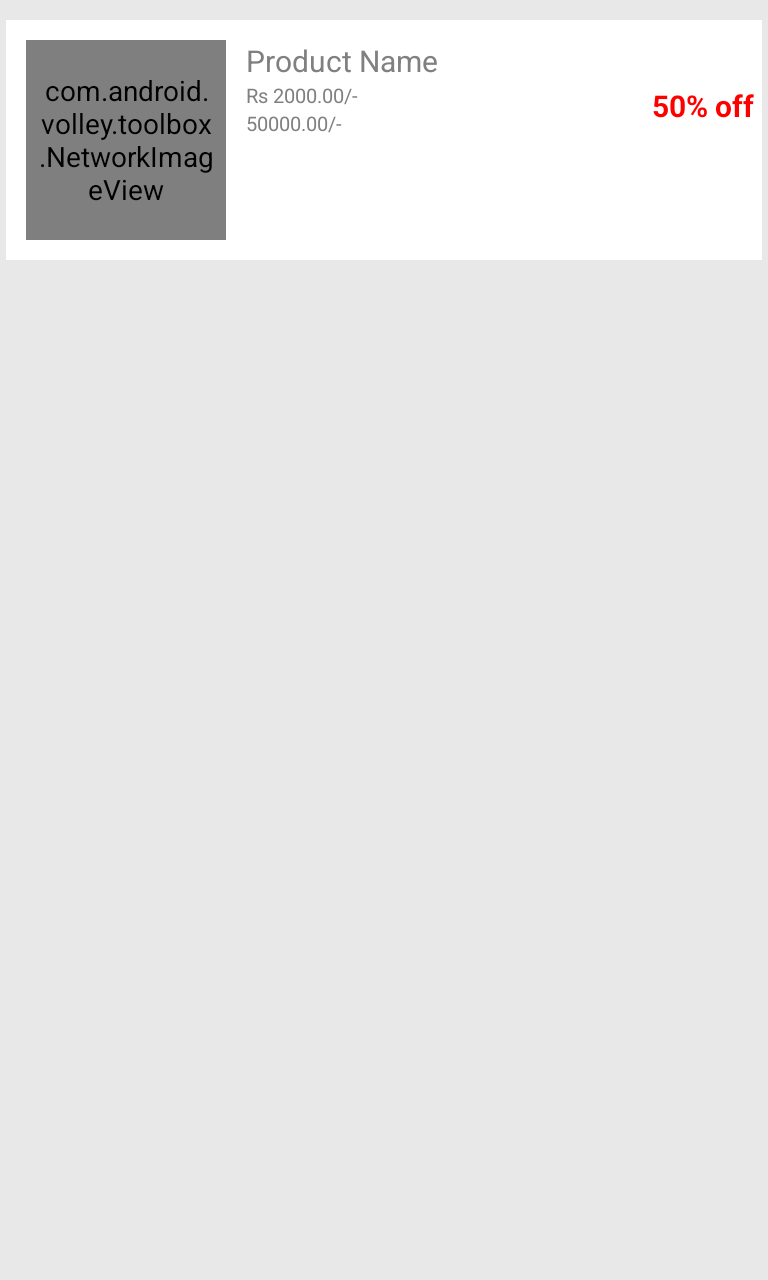
Repository: thisisdemo333/BigDiscount
Layout: BigDiscounts/res/layout/view_lv_search_list.xml
The author's editor kept a copy of each file at every save. The layout is drawn from the files as they stood at one save, then again after the next save.
Pictures or frames that could not be fetched are drawn as grey boxes. It is drawn on a 768 x 1280 px phone screen (xhdpi) without system bars, with theme AppTheme; the app's code is not run.

Above is the layout before, as saved 2015-05-10 16:16:23.

### BigDiscounts/res/layout/view_lv_search_list.xml
<?xml version="1.0" encoding="utf-8"?>
<LinearLayout xmlns:android="http://schemas.android.com/apk/res/android"
    android:layout_width="match_parent"
    android:layout_height="wrap_content"
    android:background="@color/gray_light"
    android:orientation="vertical" >

    <RelativeLayout
        android:id="@+id/relativeLayout"
        android:layout_width="match_parent"
        android:layout_height="wrap_content"
        android:layout_centerVertical="true"

        android:layout_marginBottom="@dimen/margin_3dp"
        android:layout_marginLeft="@dimen/margin_3dp"
        android:layout_marginRight="@dimen/margin_3dp"
        android:layout_marginTop="@dimen/margin_10dp"
        android:background="@color/white" >

        <RelativeLayout
            android:id="@+id/image_loader"
            android:layout_width="wrap_content"
            android:layout_height="wrap_content" >

            <ProgressBar
                android:layout_width="wrap_content"
                android:layout_height="wrap_content"
                android:layout_centerInParent="true" />

            <com.android.volley.toolbox.NetworkImageView
                android:id="@+id/iv_product_image"
                android:layout_width="@dimen/dimen_search_item_image"
                android:layout_height="@dimen/dimen_search_item_image"
                android:layout_margin="@dimen/margin_10dp"
                android:layout_marginLeft="@dimen/margin_10dp"
                android:focusable="false"
                android:focusableInTouchMode="false"
                android:padding="@dimen/margin_5dp"
                android:scaleType="fitXY" />
        </RelativeLayout>

        <TextView
            android:id="@+id/tv_product_name"
            android:layout_width="wrap_content"
            android:layout_height="wrap_content"
            android:layout_marginTop="@dimen/margin_10dp"
            android:layout_toRightOf="@+id/image_loader"
            android:text="Product Name"
            android:textColor="@color/gray"
            android:textSize="@dimen/medium_text_size" />

        <TextView
            android:id="@+id/tv_product_selling_prise"
            android:layout_width="wrap_content"
            android:layout_height="wrap_content"
            android:layout_below="@+id/tv_product_name"
            android:layout_toRightOf="@+id/image_loader"
            android:text="Rs 2000.00/-"
            android:textColor="@color/gray"
            android:textSize="@dimen/small_text_size" />

        <TextView
            android:id="@+id/tv_product_mrp"
            android:layout_width="wrap_content"
            android:layout_height="wrap_content"
            android:layout_below="@+id/tv_product_selling_prise"
            android:layout_toRightOf="@+id/image_loader"
            android:text="50000.00/-"
            android:textColor="@color/gray"
            android:textSize="@dimen/small_text_size" />

        <TextView
            android:id="@+id/tv_product_offer"
            android:layout_width="wrap_content"
            android:layout_height="wrap_content"
            android:layout_alignParentRight="true"
            android:layout_below="@+id/tv_product_name"
            android:layout_marginRight="@dimen/margin_2dp"
            android:layout_toRightOf="@+id/tv_product_selling_prise"
            android:gravity="right"
            android:padding="@dimen/padding_2dp"
            android:text="50% off"
            android:textColor="@color/red"
            android:textSize="@dimen/medium_text_size"
            android:textStyle="bold" />
    </RelativeLayout>

</LinearLayout>

### BigDiscounts/res/values/styles.xml
<resources xmlns:android="http://schemas.android.com/apk/res/android">

    <!--
        Base application theme, dependent on API level. This theme is replaced
        by AppBaseTheme from res/values-vXX/styles.xml on newer devices.


    -->
    <style name="AppBaseTheme" parent="android:Theme.Light">
        <!--
            Theme customizations available in newer API levels can go in
            res/values-vXX/styles.xml, while customizations related to
            backward-compatibility can go here.


        -->
    </style>

    <!-- Application theme. -->
    <style name="AppTheme" parent="AppBaseTheme">

        <!-- All customizations that are NOT specific to a particular API-level can go here. -->
        <item name="android:actionBarStyle">@style/MyActionBar</item>
    </style>

    <!-- Action bar theme. -->
    <style name="MyActionBar" parent="@android:style/Widget.Holo.Light.ActionBar">
        <item name="android:background">@color/RoyalBlue</item>
        <item name="android:titleTextStyle">@style/AppTitle</item>
    </style>

    <!-- App title theme -->
    <style name="AppTitle" parent="@android:style/TextAppearance.Holo.Widget.ActionBar.Title">
        <item name="android:textColor">@color/white</item>
    </style>

</resources>

### BigDiscounts/res/values/colors.xml
<?xml version="1.0" encoding="utf-8"?>
<resources>

    <color name="background">#135493</color>
    <color name="login_color">#d34836</color>
    <color name="actionBar">#2F8DE4</color>
    <color name="white_smoke">#F7F7F7</color>
    <color name="white">#ffffff</color>
    <color name="black">#000000</color>
    <color name="transparent">#00000000</color>
    <color name="main_color_green">#00b863</color>
    <color name="main_color_gray_dk">#3b3b3b</color>
    <color name="main_color_gray_lt">#acacac</color>
    <color name="main_color_gray">#7d7d7d</color>
    <color name="gray_light">#e8e8e8</color>
    <color name="yellow">#FFFF00</color>
    <color name="fuchsia">#FF00FF</color>
    <color name="red">#FF0000</color>
    <color name="silver">#C0C0C0</color>
    <color name="gray">#808080</color>
    <color name="olive">#808000</color>
    <color name="purple">#800080</color>
    <color name="maroon">#800000</color>
    <color name="aqua">#00FFFF</color>
    <color name="lime">#00FF00</color>
    <color name="teal">#008080</color>
    <color name="green">#008000</color>
    <color name="blue">#0000FF</color>
    <color name="navy">#000080</color>
    <color name="White">#FFFFFF</color>
    <color name="Ivory">#FFFFF0</color>
    <color name="LightYellow">#FFFFE0</color>
    <color name="Yellow">#FFFF00</color>
    <color name="Snow">#FFFAFA</color>
    <color name="FloralWhite">#FFFAF0</color>
    <color name="LemonChiffon">#FFFACD</color>
    <color name="Cornsilk">#FFF8DC</color>
    <color name="Seashell">#FFF5EE</color>
    <color name="LavenderBlush">#FFF0F5</color>
    <color name="PapayaWhip">#FFEFD5</color>
    <color name="BlanchedAlmond">#FFEBCD</color>
    <color name="MistyRose">#FFE4E1</color>
    <color name="Bisque">#FFE4C4</color>
    <color name="Moccasin">#FFE4B5</color>
    <color name="NavajoWhite">#FFDEAD</color>
    <color name="PeachPuff">#FFDAB9</color>
    <color name="Gold">#FFD700</color>
    <color name="Pink">#FFC0CB</color>
    <color name="LightPink">#FFB6C1</color>
    <color name="Orange">#FFA500</color>
    <color name="LightSalmon">#FFA07A</color>
    <color name="DarkOrange">#FF8C00</color>
    <color name="Coral">#FF7F50</color>
    <color name="HotPink">#FF69B4</color>
    <color name="Tomato">#FF6347</color>
    <color name="OrangeRed">#FF4500</color>
    <color name="DeepPink">#FF1493</color>
    <color name="Fuchsia">#FF00FF</color>
    <color name="Magenta">#FF00FF</color>
    <color name="Red">#FF0000</color>
    <color name="OldLace">#FDF5E6</color>
    <color name="LightGoldenrodYellow">#FAFAD2</color>
    <color name="Linen">#FAF0E6</color>
    <color name="AntiqueWhite">#FAEBD7</color>
    <color name="Salmon">#FA8072</color>
    <color name="GhostWhite">#F8F8FF</color>
    <color name="MintCream">#F5FFFA</color>
    <color name="WhiteSmoke">#F5F5F5</color>
    <color name="Beige">#F5F5DC</color>
    <color name="Wheat">#F5DEB3</color>
    <color name="SandyBrown">#F4A460</color>
    <color name="Azure">#F0FFFF</color>
    <color name="Honeydew">#F0FFF0</color>
    <color name="AliceBlue">#F0F8FF</color>
    <color name="Khaki">#F0E68C</color>
    <color name="LightCoral">#F08080</color>
    <color name="PaleGoldenrod">#EEE8AA</color>
    <color name="Violet">#EE82EE</color>
    <color name="DarkSalmon">#E9967A</color>
    <color name="Lavender">#E6E6FA</color>
    <color name="LightCyan">#E0FFFF</color>
    <color name="BurlyWood">#DEB887</color>
    <color name="Plum">#DDA0DD</color>
    <color name="Gainsboro">#DCDCDC</color>
    <color name="Crimson">#DC143C</color>
    <color name="PaleVioletRed">#DB7093</color>
    <color name="Goldenrod">#DAA520</color>
    <color name="Orchid">#DA70D6</color>
    <color name="Thistle">#D8BFD8</color>
    <color name="LightGrey">#D3D3D3</color>
    <color name="Tan">#D2B48C</color>
    <color name="Chocolate">#D2691E</color>
    <color name="Peru">#CD853F</color>
    <color name="IndianRed">#CD5C5C</color>
    <color name="MediumVioletRed">#C71585</color>
    <color name="Silver">#C0C0C0</color>
    <color name="DarkKhaki">#BDB76B</color>
    <color name="RosyBrown">#BC8F8F</color>
    <color name="MediumOrchid">#BA55D3</color>
    <color name="DarkGoldenrod">#B8860B</color>
    <color name="FireBrick">#B22222</color>
    <color name="PowderBlue">#B0E0E6</color>
    <color name="LightSteelBlue">#B0C4DE</color>
    <color name="PaleTurquoise">#AFEEEE</color>
    <color name="GreenYellow">#ADFF2F</color>
    <color name="LightBlue">#ADD8E6</color>
    <color name="DarkGray">#A9A9A9</color>
    <color name="Brown">#A52A2A</color>
    <color name="Sienna">#A0522D</color>
    <color name="YellowGreen">#9ACD32</color>
    <color name="DarkOrchid">#9932CC</color>
    <color name="PaleGreen">#98FB98</color>
    <color name="DarkViolet">#9400D3</color>
    <color name="MediumPurple">#9370DB</color>
    <color name="LightGreen">#90EE90</color>
    <color name="DarkSeaGreen">#8FBC8F</color>
    <color name="SaddleBrown">#8B4513</color>
    <color name="DarkMagenta">#8B008B</color>
    <color name="DarkRed">#8B0000</color>
    <color name="BlueViolet">#8A2BE2</color>
    <color name="LightSkyBlue">#87CEFA</color>
    <color name="SkyBlue">#87CEEB</color>
    <color name="Gray">#808080</color>
    <color name="Olive">#808000</color>
    <color name="Purple">#800080</color>
    <color name="Maroon">#800000</color>
    <color name="Aquamarine">#7FFFD4</color>
    <color name="Chartreuse">#7FFF00</color>
    <color name="LawnGreen">#7CFC00</color>
    <color name="MediumSlateBlue">#7B68EE</color>
    <color name="LightSlateGray">#778899</color>
    <color name="SlateGray">#708090</color>
    <color name="OliveDrab">#6B8E23</color>
    <color name="SlateBlue">#6A5ACD</color>
    <color name="DimGray">#696969</color>
    <color name="MediumAquamarine">#66CDAA</color>
    <color name="CornflowerBlue">#6495ED</color>
    <color name="CadetBlue">#5F9EA0</color>
    <color name="DarkOliveGreen">#556B2F</color>
    <color name="Indigo">#4B0082</color>
    <color name="MediumTurquoise">#48D1CC</color>
    <color name="DarkSlateBlue">#483D8B</color>
    <color name="SteelBlue">#4682B4</color>
    <color name="RoyalBlue">#4169E1</color>
    <color name="Turquoise">#40E0D0</color>
    <color name="MediumSeaGreen">#3CB371</color>
    <color name="LimeGreen">#32CD32</color>
    <color name="DarkSlateGray">#2F4F4F</color>
    <color name="SeaGreen">#2E8B57</color>
    <color name="ForestGreen">#228B22</color>
    <color name="LightSeaGreen">#20B2AA</color>
    <color name="DodgerBlue">#1E90FF</color>
    <color name="MidnightBlue">#191970</color>
    <color name="Aqua">#00FFFF</color>
    <color name="Cyan">#00FFFF</color>
    <color name="SpringGreen">#00FF7F</color>
    <color name="Lime">#00FF00</color>
    <color name="MediumSpringGreen">#00FA9A</color>
    <color name="DarkTurquoise">#00CED1</color>
    <color name="DeepSkyBlue">#00BFFF</color>
    <color name="DarkCyan">#008B8B</color>
    <color name="Teal">#008080</color>
    <color name="Green">#008000</color>
    <color name="DarkGreen">#006400</color>
    <color name="Blue">#0000FF</color>
    <color name="MediumBlue">#0000CD</color>
    <color name="DarkBlue">#00008B</color>
    <color name="Navy">#000080</color>
    <color name="Black">#000000</color>
    <color name="carrier_launcher_theme">#AE0000</color>
    <color name="career_header">#AE0000</color>
    <color name="career_background">#373737</color>
    <color name="cancel">#8A8D8B</color>
    <color name="listview_1">#70000000</color>
    <color name="theme">#C91870</color>
    <color name="application_bg">#E9E9E9</color>
    <color name="blue_light">#4074b3</color>
    <color name="gray_dark">#4b4b4b</color>
    <color name="gray_faint">#F7F7F7</color>
    <color name="blue_sky">#01AADE</color>
    <color name="blue_royal">#526DAE</color>
    <color name="Transperent_60black">#99000000</color>

</resources>

### BigDiscounts/res/values-hdpi/dimens.xml
<?xml version="1.0" encoding="utf-8"?>
<resources>

    <!-- Text Size -->
    <dimen name="very_small_text_size">8sp</dimen>
    <dimen name="sub_small_text_size">9sp</dimen>
    <dimen name="small_text_size">10sp</dimen>
    <dimen name="medium_text_size">15sp</dimen>
    <dimen name="large_text_size">25sp</dimen>
    <dimen name="very_large_text_size">35sp</dimen>

    <!-- padding -->
    <dimen name="padding_1dp">1dp</dimen>
    <dimen name="padding_2dp">2dp</dimen>
    <dimen name="padding_3dp">3dp</dimen>
    <dimen name="padding_4dp">4dp</dimen>
    <dimen name="padding_5dp">5dp</dimen>
    <dimen name="padding_6dp">6dp</dimen>
    <dimen name="padding_7dp">7dp</dimen>
    <dimen name="padding_8dp">8dp</dimen>
    <dimen name="padding_9dp">9dp</dimen>
    <dimen name="padding_10dp">10dp</dimen>
    <dimen name="padding_15dp">15dp</dimen>
    <dimen name="padding_20dp">20dp</dimen>
    <dimen name="padding_25dp">25dp</dimen>
    <dimen name="padding_30dp">30dp</dimen>
    <dimen name="padding_40dp">40dp</dimen>

    <!-- Margin -->
    <dimen name="margin_1dp">1dp</dimen>
    <dimen name="margin_2dp">2dp</dimen>
    <dimen name="margin_3dp">3dp</dimen>
    <dimen name="margin_4dp">4dp</dimen>
    <dimen name="margin_5dp">5dp</dimen>
    <dimen name="margin_6dp">6dp</dimen>
    <dimen name="margin_7dp">7dp</dimen>
    <dimen name="margin_8dp">8dp</dimen>
    <dimen name="margin_9dp">9dp</dimen>
    <dimen name="margin_10dp">10dp</dimen>
    <dimen name="margin_15dp">15dp</dimen>
    <dimen name="margin_20dp">20dp</dimen>
    <dimen name="margin_25dp">25dp</dimen>
    <dimen name="margin_30dp">30dp</dimen>

    <!-- Imageview Category Dimen -->
    <dimen name="imv_category_dimen">40dp</dimen>

    <!-- Category Fragment dimen -->
    <dimen name="dimen_hotdeals_listview">165dp</dimen>
    <dimen name="dimen_view_pager">165dp</dimen>
    <dimen name="dimen_hot_deals_image">165dp</dimen>
    <dimen name="dimen_product_image">165dp</dimen>

    <!-- Search Item Image dimen -->
    <dimen name="dimen_search_item_image">100dp</dimen>

    <!-- Advertise Screen Dimen -->
    <dimen name="dimen_advetise_viewpager">200dp</dimen>
    <dimen name="dimen_advertise_horizontal_listview">100dp</dimen>
    <dimen name="dimen_advertise_call_image">40dp</dimen>
    <dimen name="dimen_advertise_sms_image">40dp</dimen>
    <dimen name="dimen_advertise_pager_addres">100dp</dimen>

</resources>

### BigDiscounts/res/values-mdpi/dimens.xml
<?xml version="1.0" encoding="utf-8"?>
<resources>

    <!-- Text Size -->
    <dimen name="very_small_text_size">8sp</dimen>
    <dimen name="sub_small_text_size">9sp</dimen>
    <dimen name="small_text_size">10sp</dimen>
    <dimen name="medium_text_size">15sp</dimen>
    <dimen name="large_text_size">25sp</dimen>
    <dimen name="very_large_text_size">35sp</dimen>

    <!-- padding -->
    <dimen name="padding_1dp">1dp</dimen>
    <dimen name="padding_2dp">2dp</dimen>
    <dimen name="padding_3dp">3dp</dimen>
    <dimen name="padding_4dp">4dp</dimen>
    <dimen name="padding_5dp">5dp</dimen>
    <dimen name="padding_6dp">6dp</dimen>
    <dimen name="padding_7dp">7dp</dimen>
    <dimen name="padding_8dp">8dp</dimen>
    <dimen name="padding_9dp">9dp</dimen>
    <dimen name="padding_10dp">10dp</dimen>
    <dimen name="padding_15dp">15dp</dimen>
    <dimen name="padding_20dp">20dp</dimen>
    <dimen name="padding_25dp">25dp</dimen>
    <dimen name="padding_30dp">30dp</dimen>
    <dimen name="padding_40dp">40dp</dimen>

    <!-- Margin -->
    <dimen name="margin_1dp">1dp</dimen>
    <dimen name="margin_2dp">2dp</dimen>
    <dimen name="margin_3dp">3dp</dimen>
    <dimen name="margin_4dp">4dp</dimen>
    <dimen name="margin_5dp">5dp</dimen>
    <dimen name="margin_6dp">6dp</dimen>
    <dimen name="margin_7dp">7dp</dimen>
    <dimen name="margin_8dp">8dp</dimen>
    <dimen name="margin_9dp">9dp</dimen>
    <dimen name="margin_10dp">10dp</dimen>
    <dimen name="margin_15dp">15dp</dimen>
    <dimen name="margin_20dp">20dp</dimen>
    <dimen name="margin_25dp">25dp</dimen>
    <dimen name="margin_30dp">30dp</dimen>

    <!-- Imageview Category Dimen -->
    <dimen name="imv_category_dimen">35dp</dimen>

    <!-- Category Fragment dimen -->
    <dimen name="dimen_hotdeals_listview">150dp</dimen>
    <dimen name="dimen_view_pager">150dp</dimen>
    <dimen name="dimen_hot_deals_image">150dp</dimen>
    <dimen name="dimen_product_image">150dp</dimen>

    <!-- Search Item Image dimen -->
    <dimen name="dimen_search_item_image">100dp</dimen>

    <!-- Advertise Screen Dimen -->
    <dimen name="dimen_advetise_viewpager">200dp</dimen>
    <dimen name="dimen_advertise_horizontal_listview">100dp</dimen>
    <dimen name="dimen_advertise_call_image">40dp</dimen>
    <dimen name="dimen_advertise_sms_image">40dp</dimen>
    <dimen name="dimen_advertise_pager_addres">100dp</dimen>

</resources>

### BigDiscounts/res/values-xhdpi/dimens.xml
<?xml version="1.0" encoding="utf-8"?>
<resources>

    <!-- Text Size -->
    <dimen name="very_small_text_size">8sp</dimen>
    <dimen name="sub_small_text_size">9sp</dimen>
    <dimen name="small_text_size">10sp</dimen>
    <dimen name="medium_text_size">15sp</dimen>
    <dimen name="large_text_size">25sp</dimen>
    <dimen name="very_large_text_size">35sp</dimen>

    <!-- padding -->
    <dimen name="padding_1dp">1dp</dimen>
    <dimen name="padding_2dp">2dp</dimen>
    <dimen name="padding_3dp">3dp</dimen>
    <dimen name="padding_4dp">4dp</dimen>
    <dimen name="padding_5dp">5dp</dimen>
    <dimen name="padding_6dp">6dp</dimen>
    <dimen name="padding_7dp">7dp</dimen>
    <dimen name="padding_8dp">8dp</dimen>
    <dimen name="padding_9dp">9dp</dimen>
    <dimen name="padding_10dp">10dp</dimen>
    <dimen name="padding_15dp">15dp</dimen>
    <dimen name="padding_20dp">20dp</dimen>
    <dimen name="padding_25dp">25dp</dimen>
    <dimen name="padding_30dp">30dp</dimen>
    <dimen name="padding_40dp">40dp</dimen>

    <!-- Margin -->
    <dimen name="margin_1dp">1dp</dimen>
    <dimen name="margin_2dp">2dp</dimen>
    <dimen name="margin_3dp">3dp</dimen>
    <dimen name="margin_4dp">4dp</dimen>
    <dimen name="margin_5dp">5dp</dimen>
    <dimen name="margin_6dp">6dp</dimen>
    <dimen name="margin_7dp">7dp</dimen>
    <dimen name="margin_8dp">8dp</dimen>
    <dimen name="margin_9dp">9dp</dimen>
    <dimen name="margin_10dp">10dp</dimen>
    <dimen name="margin_15dp">15dp</dimen>
    <dimen name="margin_20dp">20dp</dimen>
    <dimen name="margin_25dp">25dp</dimen>
    <dimen name="margin_30dp">30dp</dimen>

    <!-- Imageview Category Dimen -->
    <dimen name="imv_category_dimen">45dp</dimen>

    <!-- Category Fragment dimen -->
    <dimen name="dimen_hotdeals_listview">165dp</dimen>
    <dimen name="dimen_view_pager">165dp</dimen>
    <dimen name="dimen_hot_deals_image">165dp</dimen>
    <dimen name="dimen_product_image">165dp</dimen>


    <!-- Search Item Image dimen -->
    <dimen name="dimen_search_item_image">100dp</dimen>

    <!-- Advertise Screen Dimen -->
    <dimen name="dimen_advetise_viewpager">200dp</dimen>
    <dimen name="dimen_advertise_horizontal_listview">100dp</dimen>
    <dimen name="dimen_advertise_call_image">40dp</dimen>
    <dimen name="dimen_advertise_sms_image">40dp</dimen>
    <dimen name="dimen_advertise_pager_addres">100dp</dimen>

</resources>

Loaded but not shown: BigDiscounts/res/values-v11/styles.xml (common file); BigDiscounts/res/values-v14/styles.xml (common file)

After the next save:
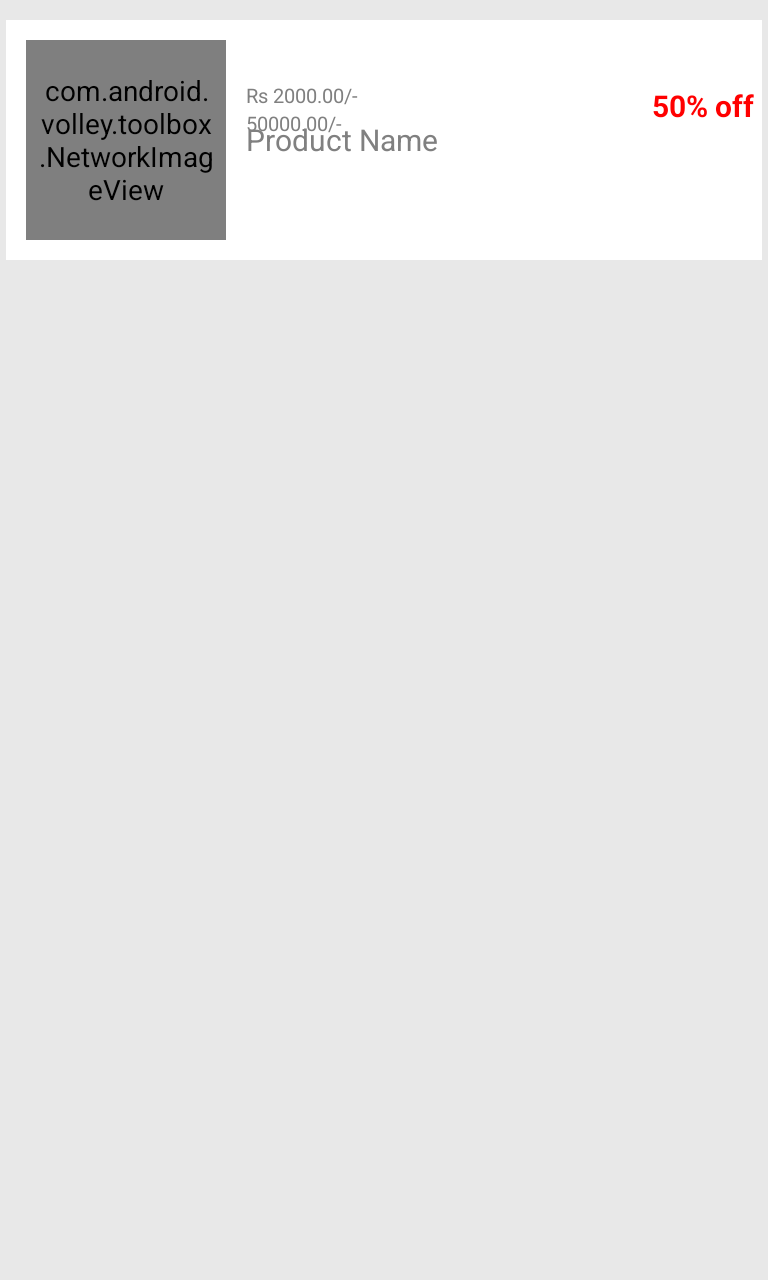
Saved 32 s later.
--- a/BigDiscounts/res/layout/view_lv_search_list.xml
+++ b/BigDiscounts/res/layout/view_lv_search_list.xml
@@ -9,8 +9,6 @@
         android:id="@+id/relativeLayout"
         android:layout_width="match_parent"
         android:layout_height="wrap_content"
-        android:layout_centerVertical="true"
-
         android:layout_marginBottom="@dimen/margin_3dp"
         android:layout_marginLeft="@dimen/margin_3dp"
         android:layout_marginRight="@dimen/margin_3dp"
@@ -44,6 +42,7 @@
             android:layout_width="wrap_content"
             android:layout_height="wrap_content"
             android:layout_marginTop="@dimen/margin_10dp"
+            android:layout_centerVertical="true"
             android:layout_toRightOf="@+id/image_loader"
             android:text="Product Name"
             android:textColor="@color/gray"
